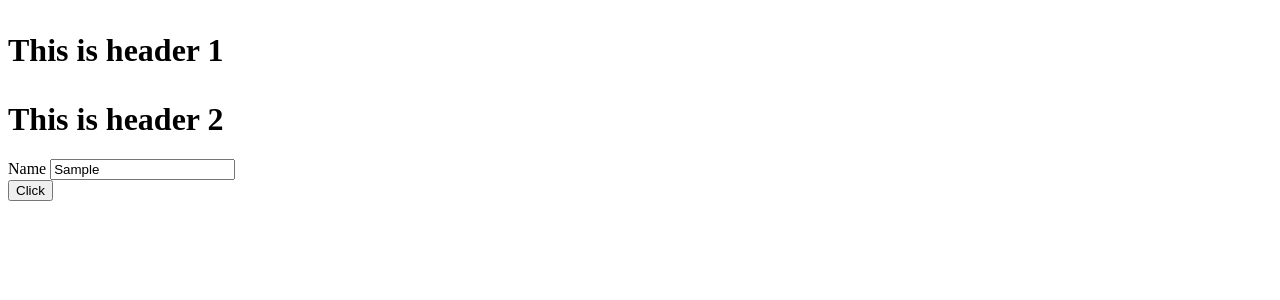
Repository: ravinforu/HTML5_CSS3_JS_Frameworks_Jul_2012-1
Page: Day01/WebContent/ajax.html
These files come from the project's save history. The page is drawn as it stood at one moment and after the next save; the edit follows.
The browser window is 1280 px wide. The pictures show the whole page.
Empty fields were first filled with sample values (such as "Sample", 5 or name@example.com).
After loading, the first visible `#clickBtn` was clicked once.

Above is the page before, as saved 2012-07-20 08:44:37.

### Day01/WebContent/ajax.html
<!DOCTYPE html>
<html>
<head>
	<script src="jquery-1.7.2.js"></script>
	<script>
		//Selector expressions
		$().ready(function(){
			$("#clickBtn").on("click",function(){
				var name = $("#nameText").val();

				var header1 = $("h1#header1").html();
				alert(header1);
				alert($("h1.header2").text());
			});
		});
	</script>
</head>
<body>
	<h1 id="header3"></h1>
	<h1 id="header1">
		<p>This is header 1</p>
	</h1>
	<h1 class="header2">This is header 2</h1>
	Name <input type="text" id="nameText">
	<br/>
	<input type="button" id="clickBtn" value="Click">
</body>
</html>

Loaded but not shown: Day01/WebContent/jquery-1.7.2.js (library)

After the next save:
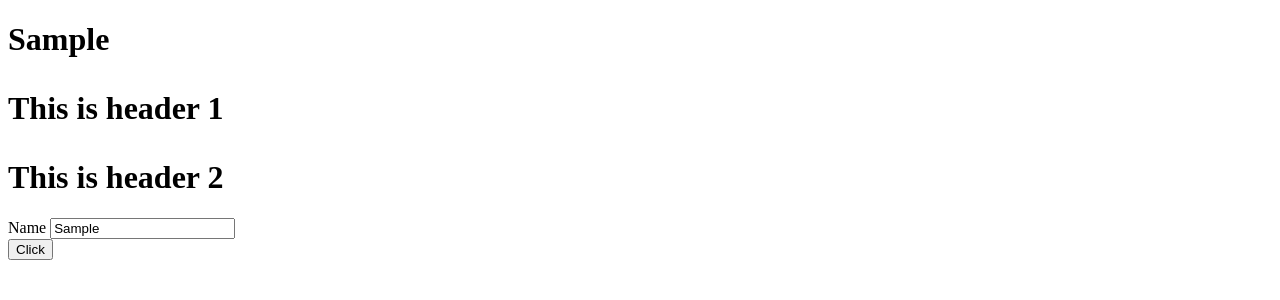
Saved 14 s later.
--- a/Day01/WebContent/ajax.html
+++ b/Day01/WebContent/ajax.html
@@ -7,7 +7,7 @@
 		$().ready(function(){
 			$("#clickBtn").on("click",function(){
 				var name = $("#nameText").val();
-
+				$("#header3").text(name);
 				var header1 = $("h1#header1").html();
 				alert(header1);
 				alert($("h1.header2").text());
